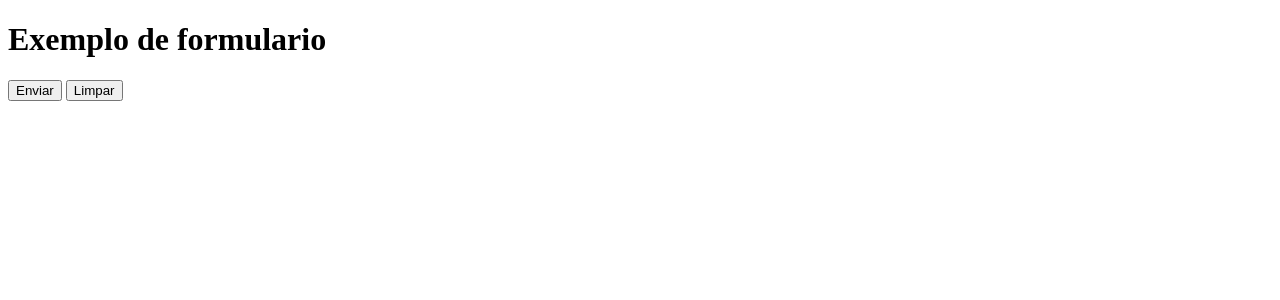
Repository: Lucianorodriguesdev/cursoHTML-CSS
Page: ex025/form006.html
An editor plug-in stored every save of this project. The page is shown before and after the next save, followed by the edit.
The browser window is 1280 px wide. The pictures show the whole page.

Above is the page before, as saved 2026-07-10 12:15:13.

After the next save:
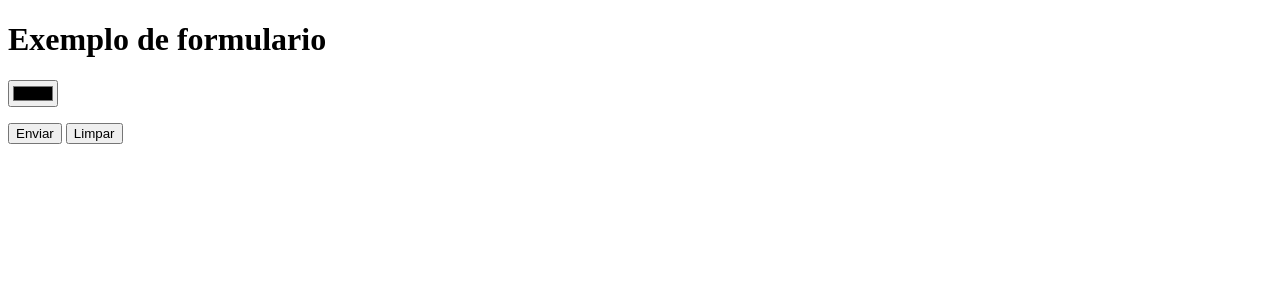
Saved 29 s later.
--- a/ex025/form006.html
+++ b/ex025/form006.html
@@ -9,6 +9,7 @@
     <h1>Exemplo de formulario</h1>
     <form action="formulario.php" method="get">
         <p>
+            <input type="color" name="cor" id="icor">
 
         </p>
         <p>
